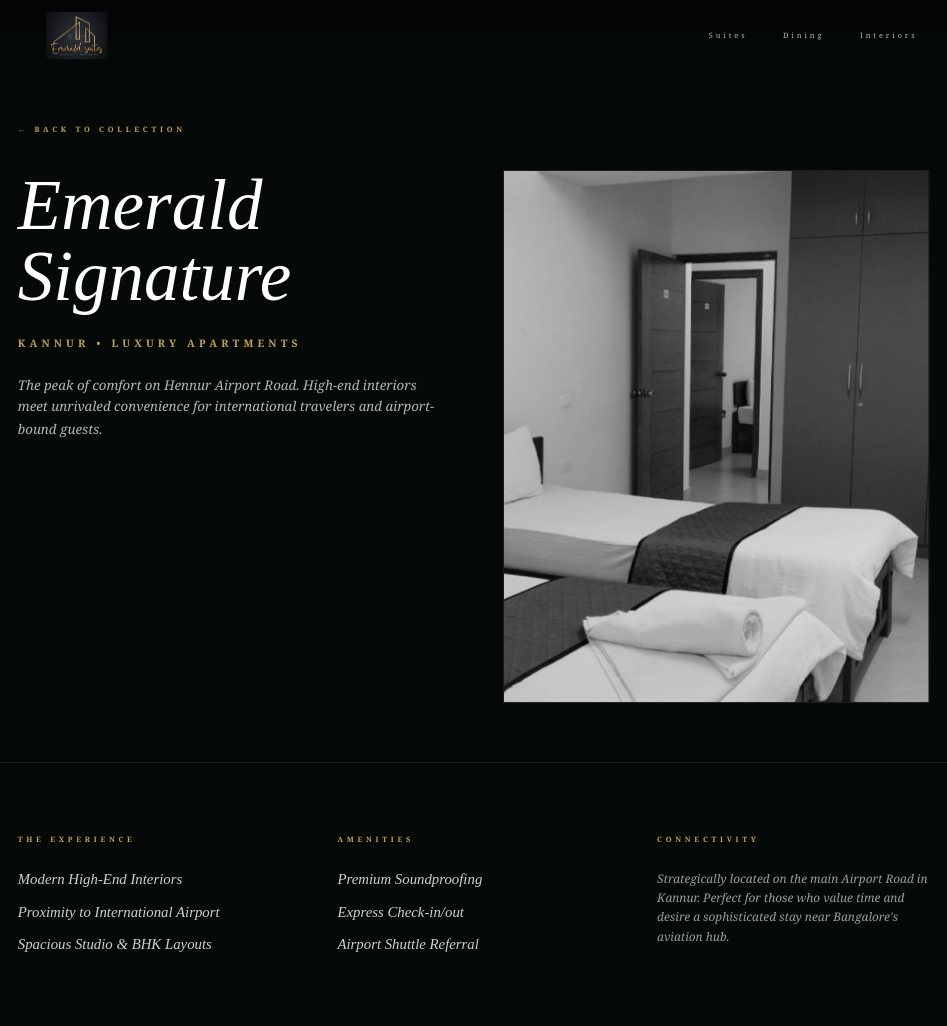
Repository: Jaden2909/emerald
Page: /signature
These files come from the project's save history. The page is drawn as it stood at one moment and after the next save; the edit follows.
The browser window is 1280 px wide. The pictures show the whole page, at 74% of full size.
The project was rebuilt for these pictures with package versions that can differ from the ones it lists, and the page was loaded fresh each time. The framework's server and built-in components were replaced by stand-ins that run in the browser. Also part of the build but not shown: next.config.ts.

Above is the page before, as saved 2026-02-19 23:09:20.

After the next save:
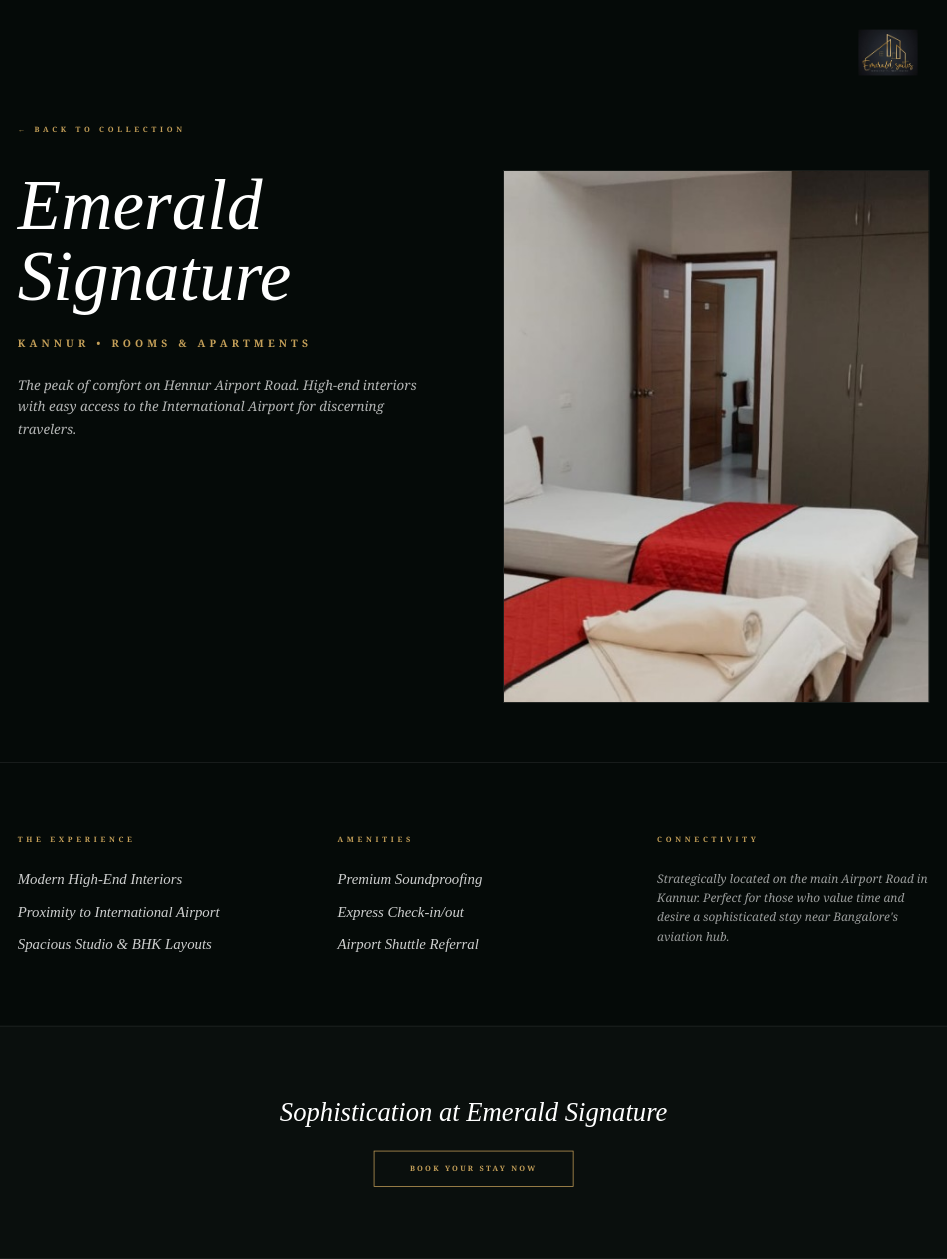
Saved 21 s later.
--- a/app/signature/page.tsx
+++ b/app/signature/page.tsx
@@ -1,40 +1,31 @@
 "use client";
-import Navbar from '@/components/Navbar';
 import { motion } from "framer-motion";
 import Link from "next/link";
 
 export default function SignaturePage() {
   return (
-    <main className="bg-[#050a08] min-h-screen text-white">
-      <Navbar />
+    <main className="bg-[#050a08] min-h-screen text-white relative">
+      <div className="absolute top-10 right-10 z-50">
+        <Link href="/">
+          <img src="/logo.png" alt="Emerald Logo" className="w-20 h-auto hover:opacity-80 transition-opacity" />
+        </Link>
+      </div>
 
       <section className="pt-40 pb-20 px-6">
         <div className="max-w-7xl mx-auto">
-        <Link href="/#properties" className="text-[#c5a059] text-[10px] tracking-[0.5em] uppercase mb-12 inline-block hover:opacity-50 transition-all font-bold">
-  ← Back to Collection
-</Link>
-
+          <Link href="/#properties" className="text-[#c5a059] text-[10px] tracking-[0.5em] uppercase mb-12 inline-block hover:opacity-50 transition-all font-bold">
+            ← Back to Collection
+          </Link>
           <div className="grid md:grid-cols-2 gap-20 items-start">
-            <motion.div
-              initial={{ opacity: 0, x: -30 }}
-              animate={{ opacity: 1, x: 0 }}
-              transition={{ duration: 0.8 }}
-            >
+            <motion.div initial={{ opacity: 0, x: -30 }} animate={{ opacity: 1, x: 0 }} transition={{ duration: 0.8 }}>
               <h1 className="text-6xl md:text-8xl font-serif italic mb-8">Emerald Signature</h1>
-              <p className="text-[#c5a059] text-sm tracking-[0.4em] uppercase mb-8 font-bold">Kannur • Luxury Apartments</p>
+              <p className="text-[#c5a059] text-sm tracking-[0.4em] uppercase mb-8 font-bold">Kannur • Rooms & Apartments</p>
               <p className="text-white/70 text-lg leading-relaxed font-light italic mb-8">
-                The peak of comfort on Hennur Airport Road. High-end interiors meet unrivaled
-                convenience for international travelers and airport-bound guests.
+                The peak of comfort on Hennur Airport Road. High-end interiors with easy access to the International Airport for discerning travelers.
               </p>
             </motion.div>
-
-            <motion.div
-              initial={{ opacity: 0, scale: 0.95 }}
-              animate={{ opacity: 1, scale: 1 }}
-              transition={{ duration: 0.8 }}
-              className="aspect-[4/5] border border-white/10 overflow-hidden"
-            >
-              <img src="/prop-signature.jpg" className="w-full h-full object-cover grayscale hover:grayscale-0 transition-all duration-1000" alt="Emerald Signature" />
+            <motion.div initial={{ opacity: 0, scale: 0.95 }} animate={{ opacity: 1, scale: 1 }} transition={{ duration: 0.8 }} className="aspect-[4/5] border border-white/10 overflow-hidden">
+              <img src="/prop-signature.jpg" className="w-full h-full object-cover" alt="Emerald Signature" />
             </motion.div>
           </div>
         </div>
@@ -61,12 +52,18 @@
           <div>
             <h3 className="text-[#c5a059] text-[10px] tracking-[0.5em] uppercase mb-8 font-bold">Connectivity</h3>
             <p className="text-white/60 leading-relaxed font-light italic">
-              Strategically located on the main Airport Road in Kannur. Perfect for those who value
-              time and desire a sophisticated stay near Bangalore's aviation hub.
+              Strategically located on the main Airport Road in Kannur. Perfect for those who value time and desire a sophisticated stay near Bangalore's aviation hub.
             </p>
           </div>
         </div>
       </section>
+
+      <section className="py-24 bg-white/[0.02] border-y border-white/10 px-6 text-center">
+        <h2 className="text-4xl font-serif italic mb-8 text-white">Sophistication at Emerald Signature</h2>
+        <a href="tel:+917829591338" className="inline-block border border-[#c5a059] text-[#c5a059] px-12 py-4 uppercase tracking-[0.3em] text-[10px] font-bold hover:bg-[#c5a059] hover:text-black transition-all">
+          Book Your Stay Now
+        </a>
+      </section>
     </main>
   );
 }
